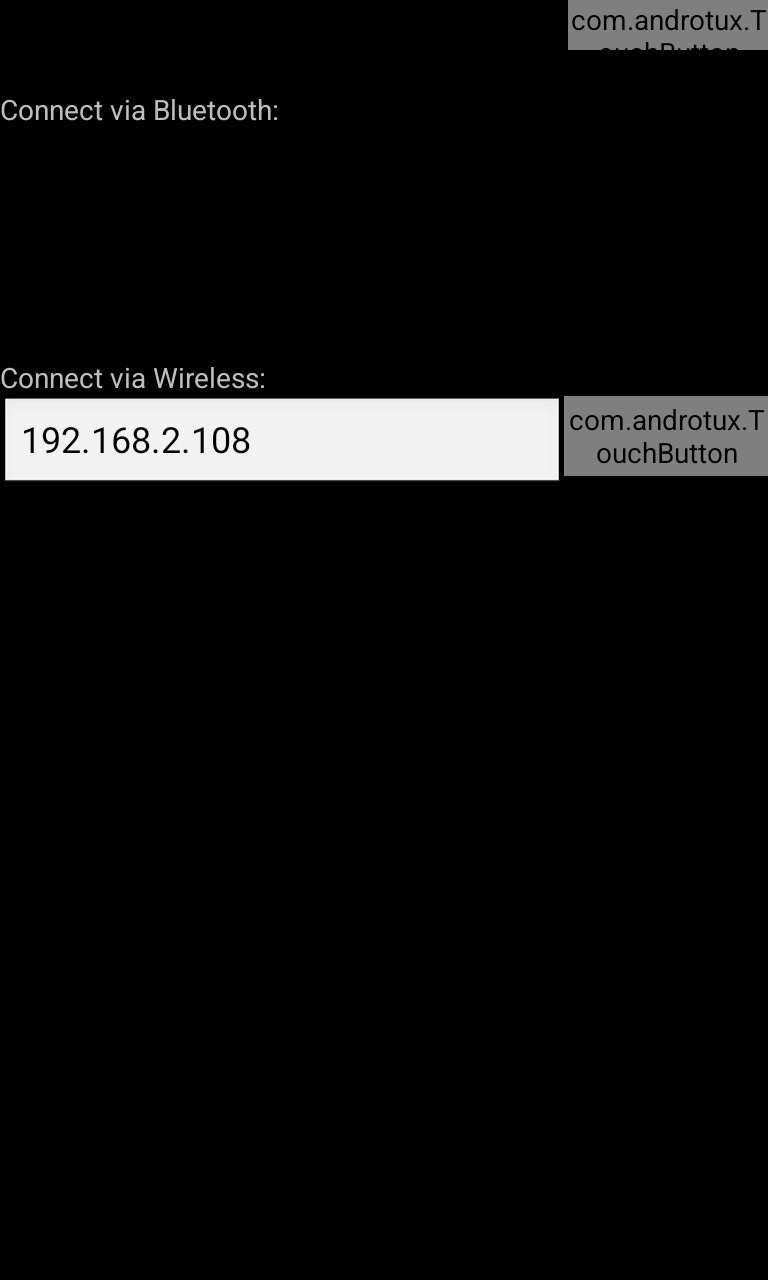
Repository: itayrom/androtux
Layout: app/AndroTux/res/layout/fragment_settings.xml
An editor plug-in stored every save of this project. The layout is shown before and after the next save, followed by the edit.
Pictures or frames that could not be fetched are drawn as grey boxes. It is drawn on a 768 x 1280 px phone screen (xhdpi) without system bars, with theme android:Theme.NoTitleBar.Fullscreen; the app's code is not run. Lists and similar views that code fills are empty.

Above is the layout before, as saved 2014-09-09 12:43:57.

After the next save:
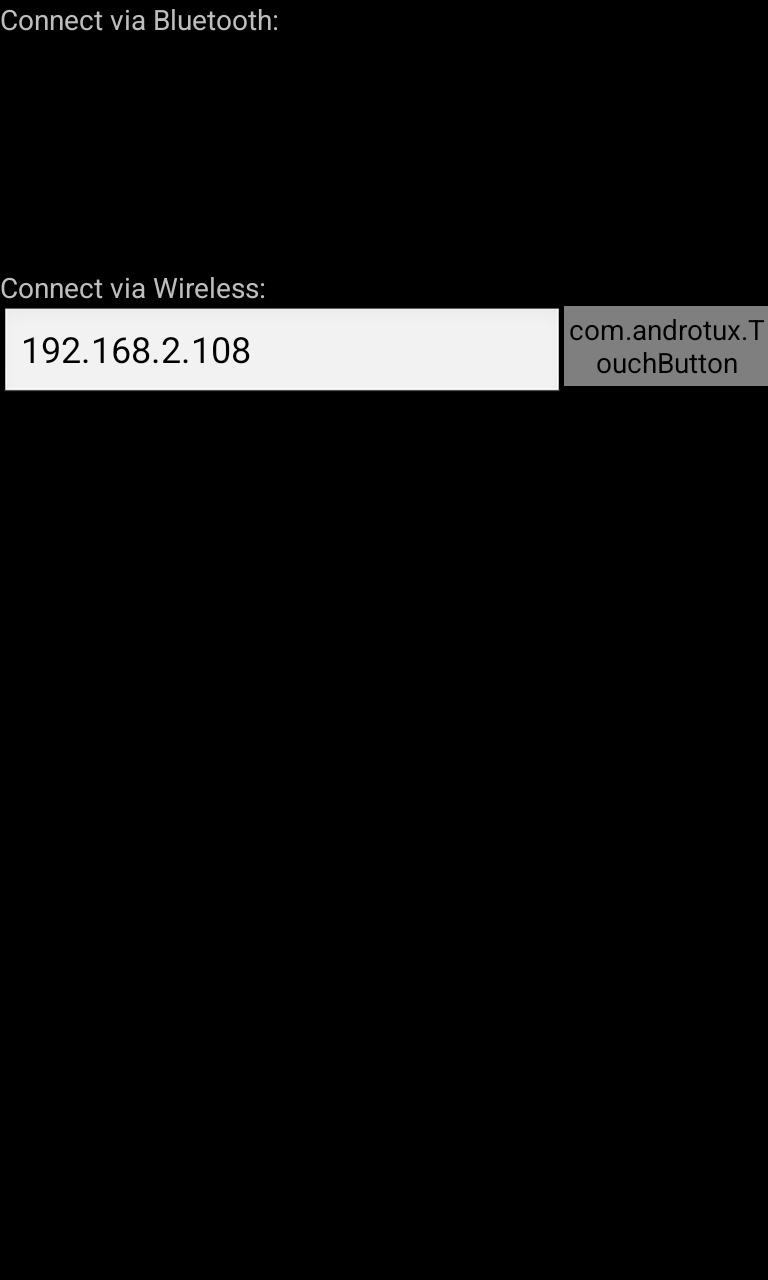
Saved 84 s later.
--- a/app/AndroTux/res/layout/fragment_settings.xml
+++ b/app/AndroTux/res/layout/fragment_settings.xml
@@ -20,21 +20,6 @@
     android:layout_width="fill_parent"
     android:layout_height="fill_parent"
     android:orientation="vertical">
-
-    <LinearLayout
-        android:orientation="horizontal"
-        android:layout_width="match_parent"
-        android:layout_height="45dp"
-        android:gravity="right">
-
-        <com.androtux.TouchButton
-	        android:id="@+id/btnDisconnect"
-	        android:layout_width="100dp"
-	        android:layout_height="25dp"
-	        app:enabled="true"
-	        android:text="Disconnect" />
-
-    </LinearLayout>
 
     <TextView
         android:layout_width="fill_parent"
